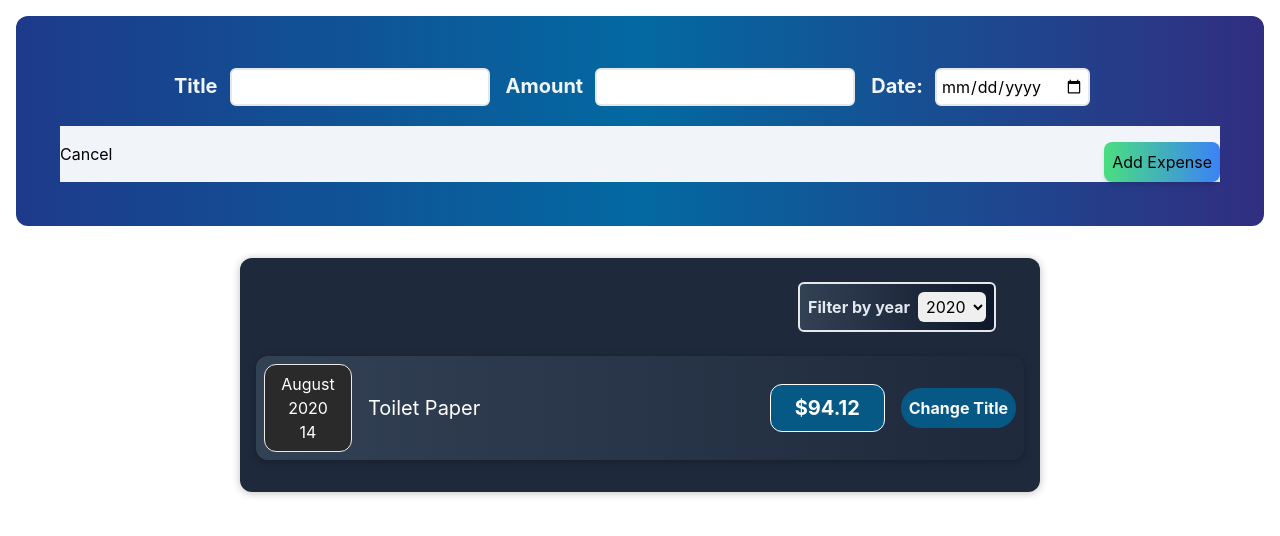
Repository: Sef24/expense-tracker
Page: /, after clicking the first element matching `button`
An editor plug-in stored every save of this project. The page is shown before and after the next save, followed by the edit.
The browser window is 1280 px wide. The pictures show the whole page.
The project was rebuilt for these pictures with package versions that can differ from the ones it lists, and the page was loaded fresh each time. Also part of the build but not shown: src/components/NewExpense/NewExpense.css, src/components/NewExpense/ExpenseForm.css.

Above is the page before, as saved 2022-05-03 16:26:49.

After the next save:
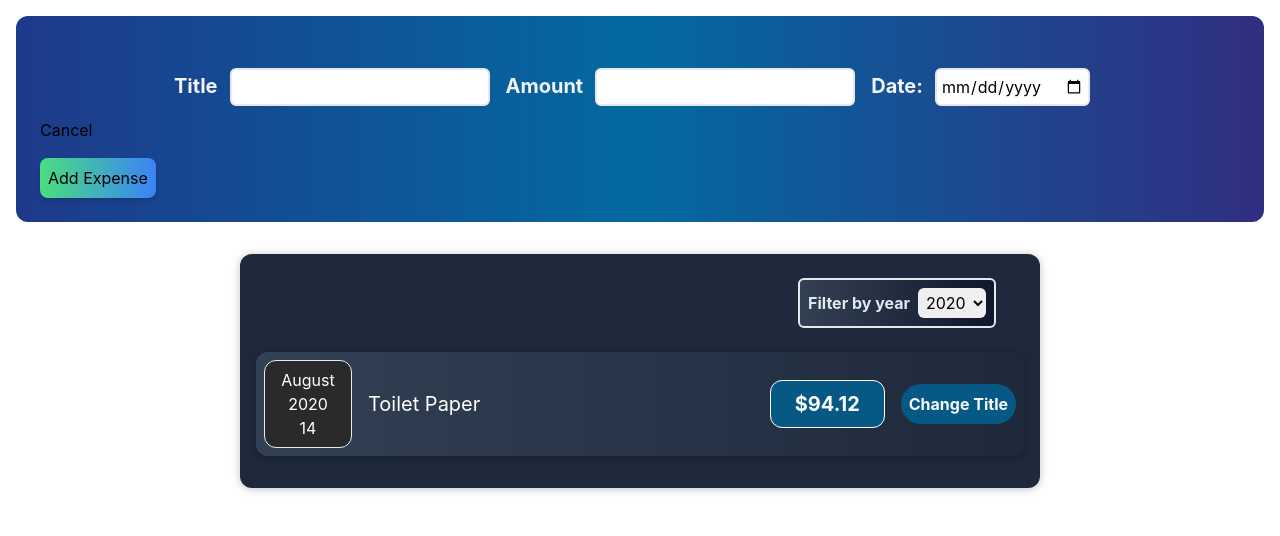
Saved 25 s later.
--- a/src/components/NewExpense/ExpenseForm.js
+++ b/src/components/NewExpense/ExpenseForm.js
@@ -64,8 +64,8 @@ function ExpenseForm(props) {
           value={dateHandler}
         />
       </div>
-      <div className="flex sm:flex-row m-5 justify-between items-center h-auto bg-slate-100">
-        <button type="button" onClick={props.onCancel}>
+      <div>
+        <button type="button" onClick={props.onCancel} className="flex">
           Cancel
         </button>
         <button
